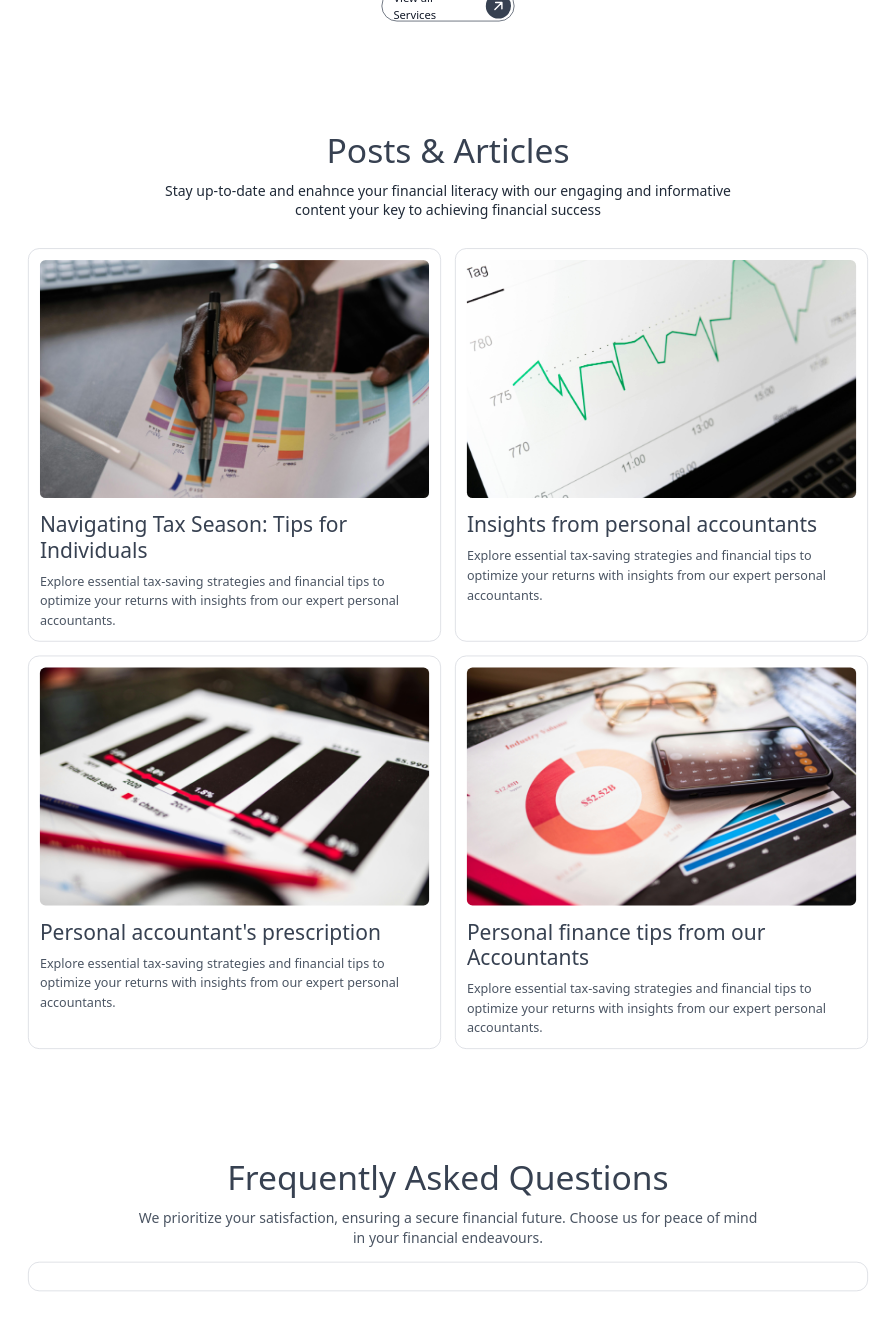
Repository: vespersolutionspk18/integrast-website
Page: /
An editor plug-in stored every save of this project. The page is shown before and after the next save, followed by the edit.
The browser window is 1280 px wide. The pictures show the part of the page from y = 1732 to 3652 px (the page is 3616 px tall before and 3652 px after), at 70% of full size.
The project was rebuilt for these pictures with package versions that can differ from the ones it lists, and the page was loaded fresh each time. The framework's server and built-in components were replaced by stand-ins that run in the browser. Also part of the build but not shown: next.config.ts.

Above is the page before, as saved 2024-12-09 17:22:54.

### app/layout.tsx
import type { Metadata } from "next";
import localFont from "next/font/local";
import "./globals.css";

const geistSans = localFont({
  src: "./fonts/GeistVF.woff",
  variable: "--font-geist-sans",
  weight: "100 900",
});
const geistMono = localFont({
  src: "./fonts/GeistMonoVF.woff",
  variable: "--font-geist-mono",
  weight: "100 900",
});

export const metadata: Metadata = {
  title: "Integra Strategy",
  description: "-",
};

export default function RootLayout({
  children,
}: Readonly<{
  children: React.ReactNode;
}>) {
  return (
    <html lang="en">
      <body
        className={`${geistSans.variable} ${geistMono.variable} antialiased`}
      >
        {children}
      </body>
    </html>
  );
}

### app/page.tsx
import Image from "next/image";
import Header from "./Header";
import Hero from "./Hero";
import Services from "./Services";
import Postsart from "./Postsart";
import Faqsection from "./Faqsection";

export default function Home() {
  return (
    <div>
      <Header />
      <Hero />
      <Services />
      <Postsart />
      <Faqsection />
    </div>
  );
}

### app/Hero.tsx
import React from 'react'
import ButtonArrowwhite from "@/public/assets/buttonarrowwhite.svg";
import ButtonArrow from "@/public/assets/buttonarrow.svg";
const Hero = () => {
  return (
    <div className="flex flex-col p-10 ">
        <div className="flex flex-row mt-24 h-[190px] gap-5 ">
            <div className="w-[55%] flex flex-col">
                <h1 className="font-light font-sans text-6xl text-gray-600">Unlock Prosperity, <span className="text-gray-800">Choose Expert Guidance</span></h1>
                <h4 className="text-xl font-sans font-light text-gray-900 mt-6">Embark on a transformative journey to financial prosperity with our personalized accountancy services</h4>
            </div>
            <div className="w-[45%] flex flex-col justify-between ">
                <h4 className="text-xl text-justify font-light font-sans text-gray-900">Unlock tailored strategies, benefit from insightful guidances, and follow a clear pathway to achieve your financial success. Elevate your financial journey with our dedicated support and expertise. Contact us today to start your journey towards financial freedom.</h4>
                <div className="flex flex-row gap-5 pt-10">
                <div>
                <div id="button"
  className="group  bg-white h-[44px] flex-row border-[1px] border-gray-700 text-gray-900 text-[16px] py-1 px-1 font-light rounded-full hidden md:flex items-center justify-between w-[170px] transition-width duration-500 ease-in-out  hover:w-[195px] hover:bg-gray-700 hover:border-gray-700 hover:text-white hover:cursor-pointer "

>
  <div className="mx-3 font-sans font-regular">Get In Touch</div>
  <div className="bg-gray-700 rounded-full h-[36px] w-[36px] flex items-center justify-center transition-transform duration-500 ease-in-out group-hover:rotate-45">
    <ButtonArrowwhite className="h-[24px] w-[24px]" />
  </div>
            </div>
                </div>
                <div>
                <div id="button"
  className="group  bg-gray-700 h-[44px] flex-row border-[1px] border-gray-700 text-white text-[16px] py-1 px-1 font-light rounded-full hidden md:flex items-center justify-between w-[170px] transition-width duration-500 ease-in-out  hover:w-[195px] hover:bg-white hover:border-gray-700 hover:text-gray-700 hover:cursor-pointer "

>
  <div className="mx-3 font-sans font-regular">Get a Quote</div>
  <div className="bg-white rounded-full h-[36px] w-[36px] flex items-center justify-center transition-transform duration-500 ease-in-out group-hover:rotate-45 group-hover:border-[1px] group-hover:border-gray-700">
    <ButtonArrow className="h-[24px] w-[24px]" />
  </div>
            </div>
                </div>

                </div>
            </div>
        </div>


        <div className="flex flex-row h-[380px] gap-4 mt-16">
            <div className="w-[70%] transition-all duration-500 ease-in-out hover:w-[90%] rounded-2xl bg-cover bg-center" style={{backgroundImage: `url('/assets/heroimage3.jpg')`}}></div>
            <div className="w-[30%] transition-all duration-500 ease-in-out hover:w-[40%] flex flex-col justify-between ">
                <div className="w-full h-full rounded-2xl bg-cover bg-center" style={{backgroundImage: `url('/assets/heroimage4.jpg')`}}></div>
                <h5 className="font-sans text-gray-900 text-justify text-xl mt-3  font-light">Tailored solutions, expert guidance, and strategic planning to secure your wealth and achieve your financial goals seamlessly</h5>
            </div>
        </div>
    </div>
  )
}

export default Hero

### app/Services.tsx
import React from 'react'
import ButtonArrowwhite from "@/public/assets/buttonarrowwhite.svg";
import ButtonArrow from "@/public/assets/buttonarrow.svg";
const Services = () => {
  return (
    <div className="flex flex-col p-10 mt-16 items-center ">
        <div className="flex flex-row items-start justify-start ">
            <div className="w-1/2 font-sans font-light text-5xl text-gray-700">We collaborate across diverse industry landscapes</div>
            <div className="w-1/2 font-sans text-gray-900 text-justify text-xl  font-light">Our commitment to fostering dynamic collaboration allows to navigate the unique challenges and intricacies of various sectors. Our versatile approach ensures tailored solutions that resonate with the distinct needs of each industry.</div>
        </div>
        <div className="flex flex-row gap-5 mt-16">
            <div className="rounded-2xl w-1/3 h-[540px] bg-cover bg-center flex items-end  " style={{backgroundImage: `url('/assets/audit.jpg')`}}>
            <div className="group">
  <div className="bg-white m-4  rounded-[12px] flex flex-col relative transition-all duration-500 ease-in-out hover:pb-[120px] min-h-[180px]">
    <h5 className="ml-5 mt-5 mr-5 mb-5 font-sans text-3xl text-gray-700 font-light">
      Accounting & Finance
    </h5>
    <p className="ml-5 mr-5 mb-5 text-justify font-sans font-light text-xl text-gray-600">
      We are committed to serving the public interest by providing objective assurance over data on which investors rely.
    </p>
    {/* Hidden div */}
    <div className="absolute bottom-5 left-5 text-xl font-sans font-light  text-gray-600 px-4 py-2 rounded-md opacity-0 invisible transition-all duration-500 group-hover:opacity-100 group-hover:visible hover:text-black hover:cursor-pointer  hover:underline">
      Learn More
    </div>
  </div>
</div>

</div>
            <div className="rounded-2xl w-1/3 h-[540px] bg-cover bg-center flex items-end" style={{backgroundImage: `url('/assets/tax.jpg')`}}>
            <div className="group">
  <div className="bg-white m-4  rounded-[12px] flex flex-col relative transition-all duration-500 ease-in-out hover:pb-[120px] min-h-[180px]">
    <h5 className="ml-5 mt-5 mr-5 mb-5 font-sans text-3xl text-gray-700 font-light">
      Tax & Legal
    </h5>
    <p className="ml-5 mr-5 mb-5 text-justify font-sans font-light text-xl text-gray-600">
      We are committed to serving the public interest by providing objective assurance over data on which investors rely.
    </p>
    {/* Hidden div */}
    <div className="absolute bottom-5 left-5 text-xl font-sans font-light  text-gray-600 px-4 py-2 rounded-md opacity-0 invisible transition-all duration-500 group-hover:opacity-100 group-hover:visible hover:text-black hover:cursor-pointer  hover:underline">
      Learn More
    </div>
  </div>
</div>
</div>
            <div className="rounded-2xl w-1/3 h-[540px] bg-cover bg-center flex items-end" style={{backgroundImage: `url('/assets/tech.jpg')`}}>
            <div className="group">
  <div className="bg-white m-4  rounded-[12px] flex flex-col relative transition-all duration-500 ease-in-out hover:pb-[120px] min-h-[180px]">
    <h5 className="ml-5 mt-5 mr-5 mb-5 font-sans text-3xl text-gray-700 font-light">
      Technology & IT
    </h5>
    <p className="ml-5 mr-5 mb-5 text-justify font-sans font-light text-xl text-gray-600">
      We are committed to serving the public interest by providing objective assurance over data on which investors rely.
    </p>
    {/* Hidden div */}
    <div className="absolute bottom-5 left-5 text-xl font-sans font-light  text-gray-600 px-4 py-2 rounded-md opacity-0 invisible transition-all duration-500 group-hover:opacity-100 group-hover:visible hover:text-black hover:cursor-pointer  hover:underline">
      Learn More
    </div>
  </div>
</div>
</div>
        </div>
        <div className="mt-8">
                <div id="button"
  className="group  bg-white h-[44px] flex-row border-[1px] border-gray-700 text-gray-900 text-[16px] py-1 px-1 font-light rounded-full hidden md:flex items-center justify-between w-[190px] transition-width duration-500 ease-in-out hover:cursor-pointer  hover:w-[215px] hover:bg-gray-700 hover:border-gray-700 hover:text-white "

>
  <div className="mx-3 font-sans font-regular">View all Services</div>
  <div className="bg-gray-700 rounded-full h-[36px] w-[36px] flex items-center justify-center transition-transform duration-500 ease-in-out group-hover:rotate-45">
    <ButtonArrowwhite className="h-[24px] w-[24px]" />
  </div>
            </div>
                </div>
    </div>
  )
}

export default Services

### app/Postsart.tsx
import React from 'react'

const Postsart = () => {
  return (
    <div className="w-full flex flex-col p-10 items-center mt-20">
        <h2 className="text-5xl font-sans text-gray-700 font-light">Posts & Articles</h2>
        <p className="font-sans text-xl text-gray-800 font-light text-center mt-5">Stay up-to-date and enahnce your financial literacy with our engaging and informative<br></br>content your key to achieving financial success</p>
        <div className="flex flex-row mt-10 gap-5 w-full">
            <div className="hover:border-black hover:cursor-pointer flex flex-col rounded-2xl w-1/2  border-[1px] p-4 border-gray-300">
            <div className="w-full h-[340px] rounded-[8px] bg-cover bg-center" style={{backgroundImage: `url('/assets/post1.jpg')`}}></div>
            <h5 className="font-sans font-light text-3xl mt-5 text-gray-700">Navigating Tax Season: Tips for Individuals</h5>
            <p className="font-sans font-light text-gray-600 text-lg mt-3">Explore essential tax-saving strategies and financial tips to optimize your returns with insights from our expert personal accountants.</p>
            </div>
            <div className="hover:border-black hover:cursor-pointer flex flex-col rounded-2xl w-1/2  border-[1px] p-4 border-gray-300">
            <div className="w-full h-[340px] rounded-[8px] bg-cover bg-center" style={{backgroundImage: `url('/assets/post2.jpg')`}}></div>
            <h5 className="font-sans font-light text-3xl mt-5 text-gray-700">Insights from personal accountants</h5>
            <p className="font-sans font-light text-gray-600 text-lg mt-3">Explore essential tax-saving strategies and financial tips to optimize your returns with insights from our expert personal accountants.</p>
            </div>
        </div>
        <div className=" flex flex-row mt-5 gap-5 w-full">
            <div className="hover:border-black hover:cursor-pointer flex flex-col rounded-2xl w-1/2  border-[1px] p-4 border-gray-300">
            <div className="w-full h-[340px] rounded-[8px] bg-cover bg-center" style={{backgroundImage: `url('/assets/post3.jpg')`}}></div>
            <h5 className="font-sans font-light text-3xl mt-5 text-gray-700">Personal accountant's prescription</h5>
            <p className="font-sans font-light text-gray-600 text-lg mt-3">Explore essential tax-saving strategies and financial tips to optimize your returns with insights from our expert personal accountants.</p>
            </div>
            <div className="hover:border-black hover:cursor-pointer flex flex-col rounded-2xl w-1/2  border-[1px] p-4 border-gray-300">
            <div className="w-full h-[340px] rounded-[8px] bg-cover bg-center" style={{backgroundImage: `url('/assets/post4.jpg')`}}></div>
            <h5 className="font-sans font-light text-3xl mt-5 text-gray-700">Personal finance tips from our Accountants</h5>
            <p className="font-sans font-light text-gray-600 text-lg mt-3">Explore essential tax-saving strategies and financial tips to optimize your returns with insights from our expert personal accountants.</p>
            </div>
        </div>
    </div>
  )
}

export default Postsart

### app/Faqsection.tsx
import React from 'react'

const Faqsection = () => {
  return (
    <div className="flex flex-col p-10 items-center mt-20">
    <h2 className="font-sans font-light text-5xl text-gray-700">Frequently Asked Questions</h2>
    <p className="font-sans mt-5 font-light text-xl text-gray-600 text-center">We prioritize your satisfaction, ensuring a secure financial future. Choose us for peace of mind<br></br>in your financial endeavours.</p>
    <div className="w-full flex flex-col gap-5 mt-5">
        <div className="border-[1px] border-gray-300 rounded-2xl items-center p-5">
            <h5 className="font-sans font-light text-3xl text-gray-700"></h5>
        </div>
    </div>
    </div>
  )
}

export default Faqsection

Loaded but not shown: app/globals.css (common file); app/Header.tsx (common file); tailwind.config.ts (common file)

After the next save:
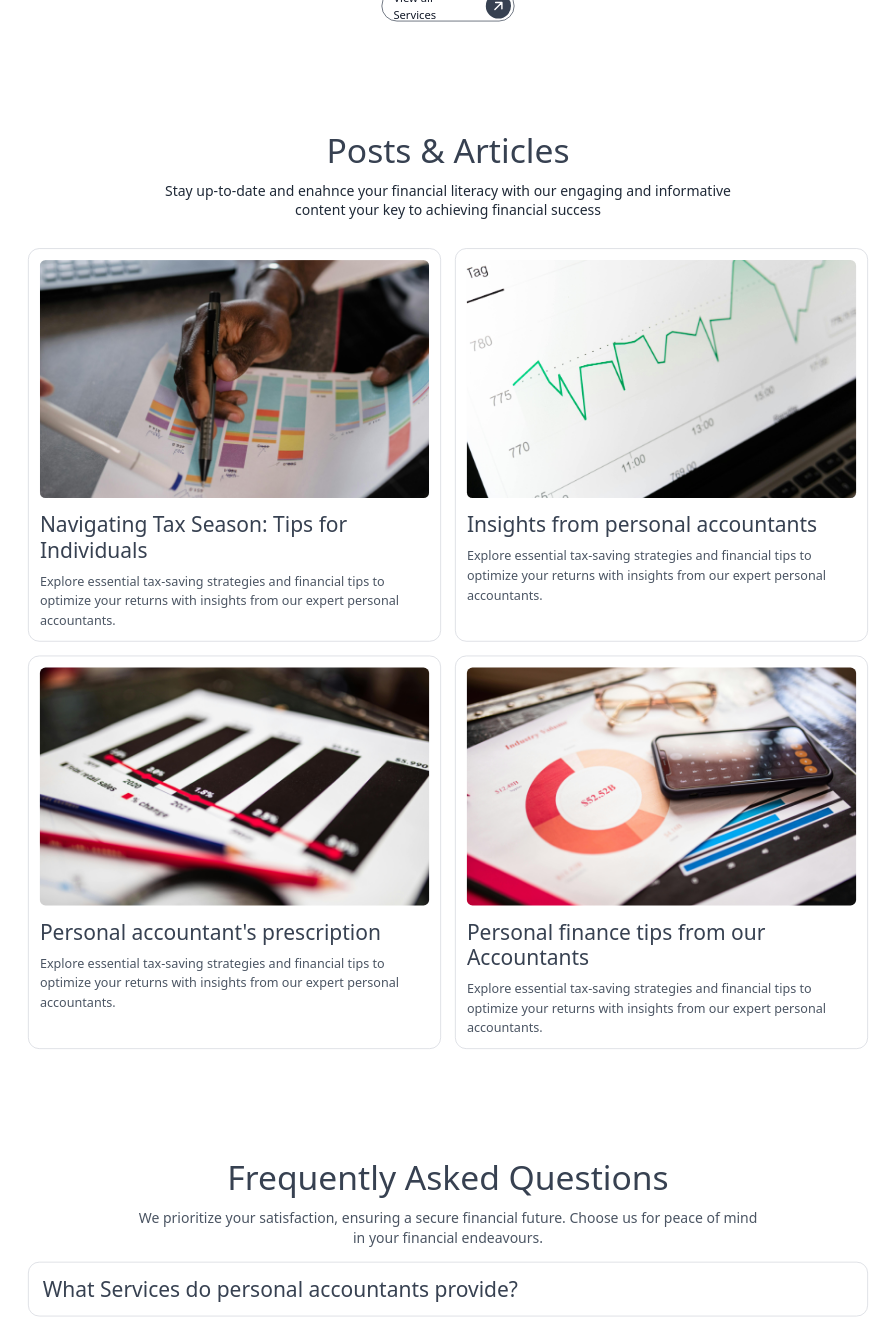
Saved 18 s later.
--- a/app/Faqsection.tsx
+++ b/app/Faqsection.tsx
@@ -7,7 +7,7 @@ const Faqsection = () => {
     <p className="font-sans mt-5 font-light text-xl text-gray-600 text-center">We prioritize your satisfaction, ensuring a secure financial future. Choose us for peace of mind<br></br>in your financial endeavours.</p>
     <div className="w-full flex flex-col gap-5 mt-5">
         <div className="border-[1px] border-gray-300 rounded-2xl items-center p-5">
-            <h5 className="font-sans font-light text-3xl text-gray-700"></h5>
+            <h5 className="font-sans font-light text-3xl text-gray-700">What Services do personal accountants provide?</h5>
         </div>
     </div>
     </div>
